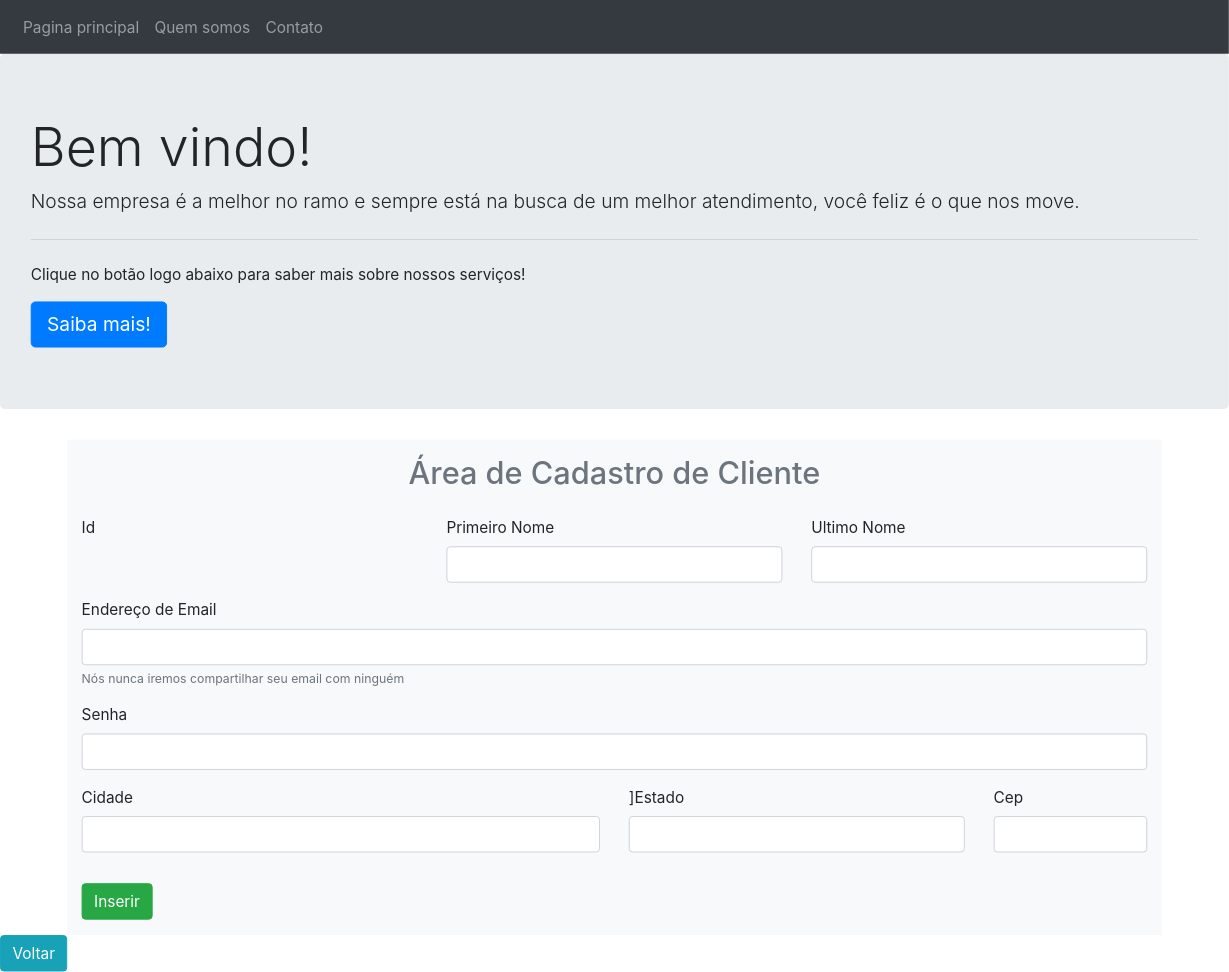
Repository: Ticapril/CRUD-JAVA
Page: http://localhost/CRUD-Java/CadastrarCliente.jsp
The author's editor kept a copy of each file at every save. The page is drawn from the files as they stood at one save, then again after the next save.
The browser window is 1280 px wide. The pictures show the whole page, at 96% of full size.
The page is served by Tomcat 9. Other server files are loaded and not shown.

Above is the page before, as saved 2020-11-25 05:31:54.

### CRUD-Java/WebContent/CadastrarCliente.jsp
<%@ page language="java" contentType="text/html; charset=ISO-8859-1"
    pageEncoding="UTF-8"%>
    <%@ taglib uri="http://java.sun.com/jsp/jstl/core" prefix="c" %>
<!DOCTYPE html>
<html>
<head>
<title>Insert title here</title>
<meta name="viewport" content="width=device-width, initial-scale=1, shrink-to-fit=no">

<link rel="stylesheet" href="https://cdn.jsdelivr.net/npm/bootstrap@4.5.3/dist/css/bootstrap.min.css" integrity="sha384-TX8t27EcRE3e/ihU7zmQxVncDAy5uIKz4rEkgIXeMed4M0jlfIDPvg6uqKI2xXr2" crossorigin="anonymous">
</head>
<body>
	<nav class="navbar navbar-expand-lg navbar-dark bg-dark text-white">
		<%--
			<a class="navbar-brand" href="#">
				<img src="#" width="30" height="30"/>
			</a>
		--%>

		<div class="collapse navbar-collapse">
			<ul class="navbar-nav">
				<li class="navbar-item"><a class="nav-link" href="#">Pagina principal</a></li>
				<li class="navbar-item"><a class="nav-link" href="#">Quem somos</a></li>
				<li class="navbar-item"><a class="nav-link" href="#">Contato</a></li>
			</ul>
		</div>

	</nav>

	<section id="inicio">
		<div class="jumbotron">
			<h1 class="display-4">Bem vindo!</h1>
			<p class="lead">Nossa empresa é a melhor no ramo e sempre está na busca de um melhor atendimento, você feliz é o que nos move.</p>
			<hr class="my-4">
			<p>Clique no botão logo abaixo para saber mais sobre nossos serviços!</p>
			<a class="btn btn-primary btn-lg" href="#" role="button">Saiba mais!</a>
		</div>
	</section>

	<section id="formulario-cadastro">
		<div class="container bg-light">
		<h2 class="text-center text-muted pt-3 pb-3">Área de Cadastro de Cliente</h2>
			<form action='cliente?acao=alterar&opcao=2' method='POST'>

			<div class="form-group">
				<div class="row">

				<div class="col">
					<label for="exampleInputNome">Id</label>
					<input type="hidden" name="id"/>
				</div>

					<div class="col">
						<label for="exampleInputNome">Primeiro Nome</label>
						<input type="text" class="form-control" name="nome" id="nome" />
					</div>

					<div class="col">
						<label for="exampleInputSobrenome">Ultimo Nome</label>
						<input type="text" class="form-control" name="ultimoNome" id="ultimoNome" />
					</div>
				</div>
			</div>

			<div class="form-group">
				<label for="exampleInputEmail1">Endereço de Email</label>
				<input type="email" class="form-control" id="exampleInputEmail1" aria-describedby="emailHelp" name="enderecoEmail" />
				<small id="emailHelp" class="form-text text-muted">Nós nunca iremos compartilhar seu email com ninguém</small>
			</div>

			<div class="form-group">
				<label for="exampleInput">Senha</label>
				<input type="password" class="form-control" id="exampleInputPassword" name="senha" />
			</div>
			<div class="row">

				<div class="form-group col-md-6">
					<label for="inputyCity">Cidade</label>
					<input type="text" class="form-control" id="inputCity" name="cidade"/>
				</div>

					<div class="form-group col-md-4">
						]<label for="inputState">Estado</label>
					<input type="text" class="form-control" id="inputState" name="estado" />
					</div>



				<div class="form-group col-md-2">
					<label for="inputZip">Cep</label>
					<input type="number" class="form-control" id="inputZip" name="cep" />
				</div>

			</div>
			<input type="submit" value="Inserir" class="btn btn-success mb-3 mt-3">

			</form>

		</div>
		<a class="btn btn-info" href="InserirCliente.jsp">Voltar</a>
	</section>


<script src="https://code.jquery.com/jquery-3.5.1.slim.min.js" integrity="sha384-DfXdz2htPH0lsSSs5nCTpuj/zy4C+OGpamoFVy38MVBnE+IbbVYUew+OrCXaRkfj" crossorigin="anonymous"></script>
<script src="https://cdn.jsdelivr.net/npm/popper.js@1.16.1/dist/umd/popper.min.js" integrity="sha384-9/reFTGAW83EW2RDu2S0VKaIzap3H66lZH81PoYlFhbGU+6BZp6G7niu735Sk7lN" crossorigin="anonymous"></script>
<script src="https://cdn.jsdelivr.net/npm/bootstrap@4.5.3/dist/js/bootstrap.min.js" integrity="sha384-w1Q4orYjBQndcko6MimVbzY0tgp4pWB4lZ7lr30WKz0vr/aWKhXdBNmNb5D92v7s" crossorigin="anonymous"></script>
</body>
</html>

After the next save:
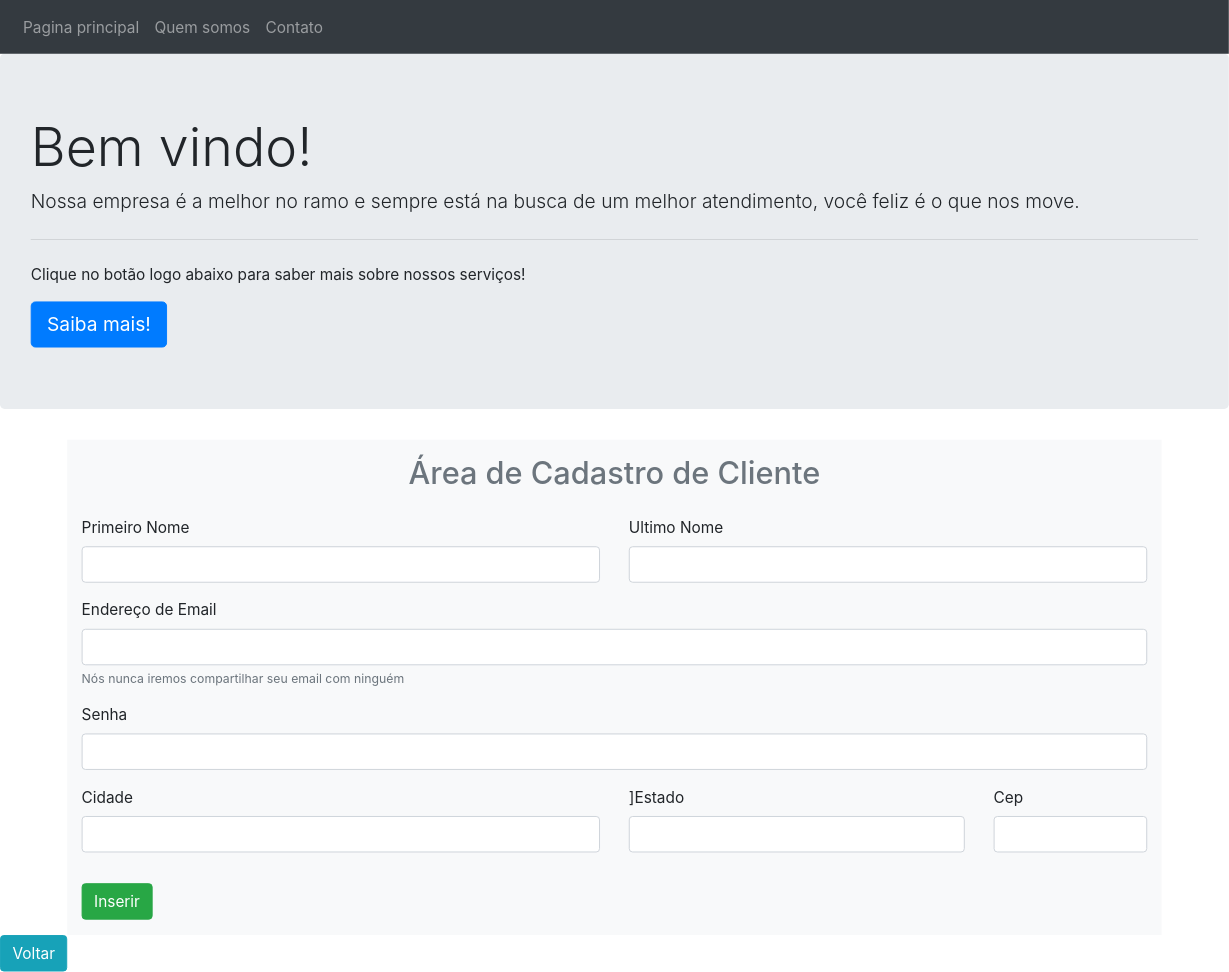
Saved 2 min 57 s later.
--- a/CRUD-Java/WebContent/CadastrarCliente.jsp
+++ b/CRUD-Java/WebContent/CadastrarCliente.jsp
@@ -44,11 +44,6 @@
 
 			<div class="form-group">
 				<div class="row">
-
-				<div class="col">
-					<label for="exampleInputNome">Id</label>
-					<input type="hidden" name="id"/>
-				</div>
 
 					<div class="col">
 						<label for="exampleInputNome">Primeiro Nome</label>
